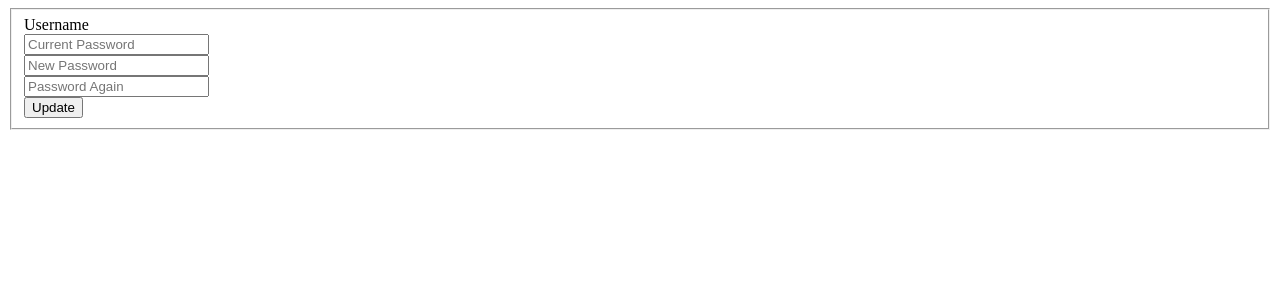
Repository: egniebauer/cs50x-LaunchCode
Page: http://localhost/pset7/views/account_form.php
The author's editor kept a record of every edit. The page is drawn from the files as they stood at one moment, then again after the next edit.
The browser window is 1280 px wide. The pictures show the whole page.
The page is run by PHP 8.4 with error messages shown; the project is at /var/www/html/.

Above is the page before.

After the next edit:
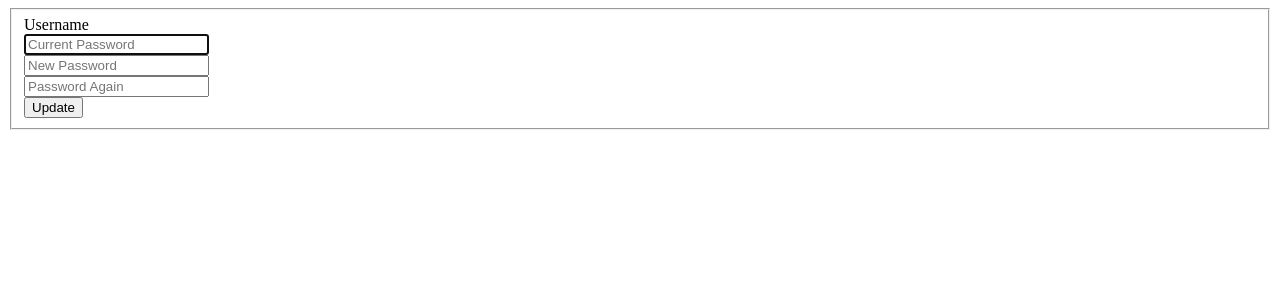
The edit:
--- a/pset7/views/account_form.php
+++ b/pset7/views/account_form.php
@@ -6,7 +6,7 @@
     <fieldset>
         <div class="form-group">
             <label>Username</label><br>
-            <input autocomplete="off"  clas="form-control" name="current" placeholder="Current Password"  type="text"/>
+            <input autocomplete="off" autofocus class="form-control" name="current" placeholder="Current Password"  type="text"/>
         </div>
         <div class="form-group">
             <input class="form-control" name="new_password" placeholder="New Password" type="password"/>
